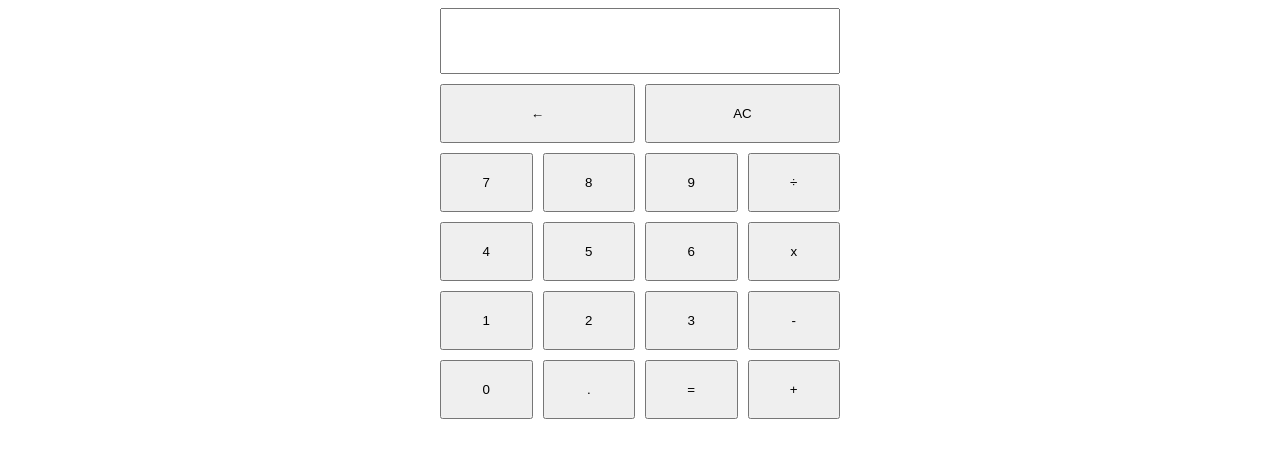
Repository: z1youRA/MyCalculator
Page: index.html
The author's editor kept a copy of each file at every save. The page is drawn from the files as they stood at one save, then again after the next save.
The browser window is 1280 px wide. The pictures show the whole page.

Above is the page before, as saved 2021-12-19 17:49:31.

### index.html
<!DOCTYPE html>
<html lang="en">
<head>
    <meta charset="UTF-8">
    <meta http-equiv="X-UA-Compatible" content="IE=edge">
    <meta name="viewport" content="width=device-width, initial-scale=1.0">
    <title>Document</title>
    <link rel='stylesheet' href='./css/styles.css'>
</head>
<body>
    <div class='container'>
        <input type='text'>
        <div class='buttons'>
                <button class='back span-2'>←</button>
                <button class='clear span-2'>AC</button>
                <button class='num'>7</button>
                <button class='num'>8</button>
                <button class='num'>9</button>
                <button class='ope'>÷</button>
                <button class='num'>4</button>
                <button class='num'>5</button>
                <button class='num'>6</button>
                <button class='ope'>x</button>
                <button class='num'>1</button>
                <button class='num'>2</button>
                <button class='num'>3</button>
                <button class='ope'>-</button>
                <button class='num'>0</button>
                <button class='num point'>.</button>
                <button class='calcu'>=</button>
                <button class='ope'>+</button>
        </div>
    </div>

</body>
<script src='script.js'>
</script>
</html>

### css/styles.css
body {
    display: flex;
    flex-direction: column;
    align-items: center;
    justify-content: center;
}

.container {
    display: flex;
    width: 400px;
    justify-content: center;
    flex-direction: column;
}

input {
    height: 60px;
    margin-bottom: 10px;
}

.span-2 {
    grid-column: span 2;
}

.buttons {
    display: grid;
    grid-template-columns: repeat(4, 1fr);
    grid-gap: 10px;
}



button {
    padding: 20px;
}

### script.js
function add(num1, num2) {
    return +num1 + +num2;
}

function subtract(num1, num2) {
    return +num1 - +num2;
}

function multiply(num1, num2) {
    return +num1 * +num2;
}

function divide(num1, num2) {
    return +num1 / +num2;
}

function operate() {
    if(operator === '+') {
        result = add(num1, num2);
    }
    if(operator === '-') {
        result = subtract(num1, num2);
    }
    if(operator === '*'|| operator === 'x') {
        result = multiply(num1, num2);
    }
    if(operator === '/'|| operator === '÷') {
        if(num2 == 0) {
            clear()
            input.value = 'ERROR';
            return;
        }
        result = divide(num1, num2);
    }
    input.value = Math.round(result * 100000) / 100000;

}

function clear() {
    input.value = '';
    num1 = '';
    num2 = '';
    operator = '';
    result = '';
    flag = 0;
    pointFlag = 0;
}

function inputNum() {
    if(flag === 1 && num2 === '') { //clear the screen when input the second operand.
        input.value = '';
    }
    const number = this.textContent;
    if(number === '.') {
        if(pointFlag === 1) {
            return;
        }
        pointFlag = 1;
    }
    input.value += number;
    if(flag === 0) {
        num1 += number;
    }
    else
        num2 += number;
}

function inputOperator() {
    if(num1 !== '' && num2 !== '' && operator !== '') { //if user didn't press the = button each time.
        operate();
    }
    if(result != '') { //for a second successive operation
        num1 = result;
        num2 = '';
    }
    operator = this.textContent;
    flag = 1;
    pointFlag = 0;
}

function back() {
    if(flag === 0 && num1.length > 0) {
        num1 = num1.slice(0, num1.length - 1);
        input.value = num1;
    }
    else if(flag === 1 && num2.length > 0){
        num2 = num2.slice(0, num2.length - 1);
        input.value = num2;
    }
}

let flag = 0; //if num1 exists flag == 1
let num1 = '';
let num2 = '';
let operator = '';
let result = '';
let pointFlag = 0;

const input = document.querySelector('input');
const nums = document.querySelectorAll('button.num'); //select all buttons representing numbers
const operators = document.querySelectorAll('button.ope');
const calcu = document.querySelector('.calcu');
const clr = document.querySelector('.clear');
const backspace = document.querySelector('.back');

backspace.addEventListener('click', back);
clr.addEventListener('click', clear);
calcu.addEventListener('click', operate);
nums.forEach(num => {
    num.addEventListener('click', inputNum)
})

operators.forEach(ope => {
    ope.addEventListener('click', inputOperator);
})

After the next save:
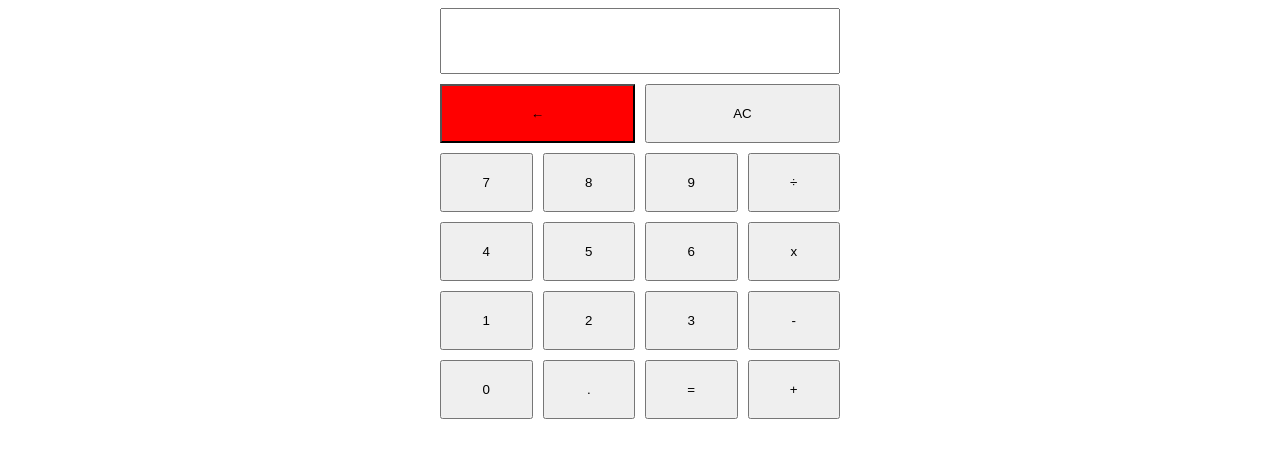
Saved 17 s later.
--- a/css/styles.css
+++ b/css/styles.css
@@ -27,7 +27,9 @@ input {
     grid-gap: 10px;
 }
 
-
+.back {
+    background-color: red;
+}
 
 button {
     padding: 20px;
